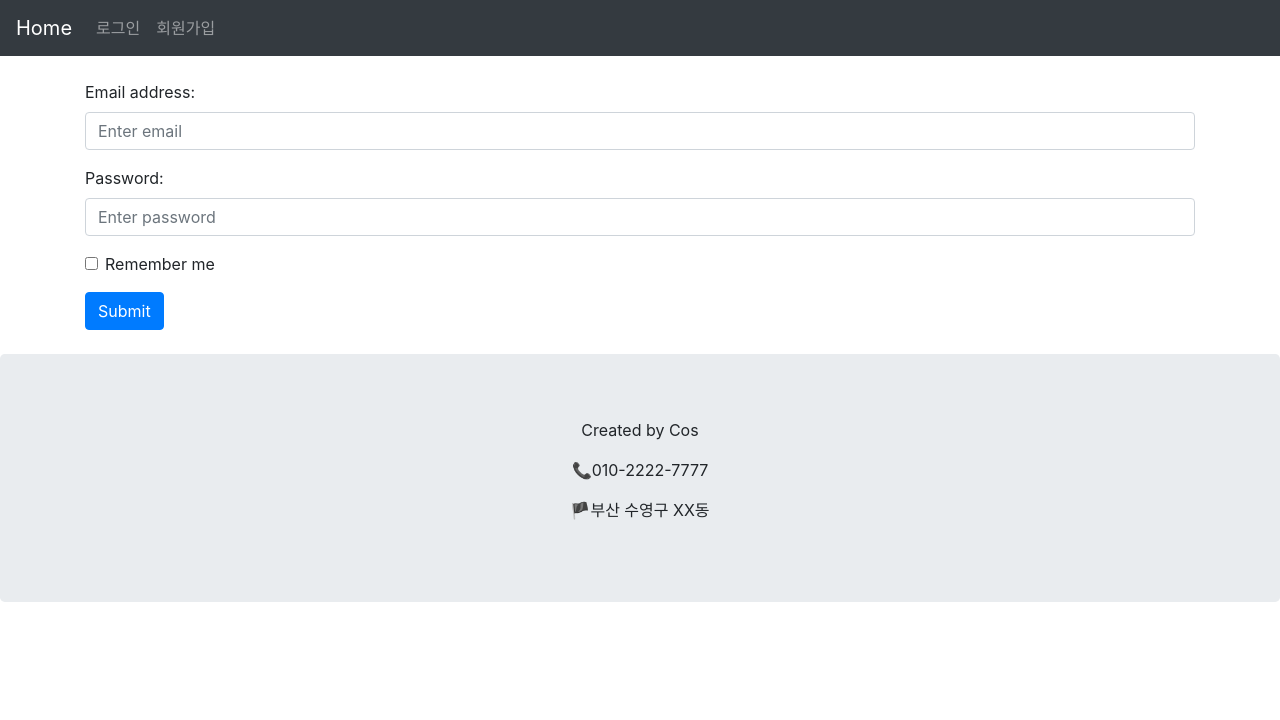
Repository: dngus1683/GameRoom
Page: http://localhost/blog/WEB-INF/views/user/joinForm.jsp
The author's editor kept a copy of each file at every save. The page is drawn from the files as they stood at one save, then again after the next save.
The browser window is 1280 px wide. The pictures show the whole page.
The page is served by Tomcat 9. Nobody is signed in. Other server files are loaded and not shown. The template is opened directly, without the code that normally fills it, so the values that code supplies are empty.

Above is the page before, as saved 2022-06-07 14:22:05.

### project1_GameRoom/Project/backend/조성환/blog/src/main/webapp/WEB-INF/views/user/joinForm.jsp
<%@ page language="java" contentType="text/html; charset=UTF-8" pageEncoding="UTF-8"%>
<!-- ..는 한칸위로 간다 -->
<%@ include file="../layout/header.jsp"%>

<div class="container">

	<form action="/action_page.php">
		<div class="form-group">
			<label for="email">Email address:</label> <input type="email" class="form-control" placeholder="Enter email" id="email">
		</div>
		<div class="form-group">
			<label for="pwd">Password:</label> <input type="password" class="form-control" placeholder="Enter password" id="pwd">
		</div>
		<div class="form-group form-check">
			<label class="form-check-label"> <input class="form-check-input" type="checkbox"> Remember me
			</label>
		</div>
		<button type="submit" class="btn btn-primary">Submit</button>
	</form>

	<%@ include file="../layout/footer.jsp"%>

### project1_GameRoom/Project/backend/조성환/blog/src/main/webapp/WEB-INF/views/layout/header.jsp
<%@ page language="java" contentType="text/html; charset=UTF-8" pageEncoding="UTF-8"%>
<!DOCTYPE html>
<html lang="en">
<head>
<title>Bootstrap Example</title>
<meta charset="utf-8">
<meta name="viewport" content="width=device-width, initial-scale=1">
<link rel="stylesheet" href="https://cdn.jsdelivr.net/npm/bootstrap@4.6.1/dist/css/bootstrap.min.css">

</head>
<body>

	<nav class="navbar navbar-expand-md bg-dark navbar-dark">
		<a class="navbar-brand" href="/blog">Home</a>
		<button class="navbar-toggler" type="button" data-toggle="collapse" data-target="#collapsibleNavbar">
			<span class="navbar-toggler-icon"></span>
		</button>
		<div class="collapse navbar-collapse" id="collapsibleNavbar">
			<ul class="navbar-nav">
				<li class="nav-item"><a class="nav-link" href="/blog/user/loginForm">로그인</a></li>
				<li class="nav-item"><a class="nav-link" href="/blog/user/joinForm">회원가입</a></li>
				<li class="nav-item"></li>
			</ul>
		</div>
	</nav>
	<br/>

### project1_GameRoom/Project/backend/조성환/blog/src/main/webapp/WEB-INF/views/layout/footer.jsp
<%@ page language="java" contentType="text/html; charset=UTF-8" pageEncoding="UTF-8"%>
<br />
</div>
<!-- Footer는 모든 페이지의 맨 아래, 본문 내용 아래에 위치한 영역을 이릅니다 -->
<div class="jumbotron text-center" style="margin-bottom: 0">
	<p>Created by Cos</p>
	<p>📞010-2222-7777</p>
	<p>🏴부산 수영구 XX동</p>
</div>

<!-- script: body 끝에서 가장 가까운 곳에 넣는다.  -->
<script src="https://cdn.jsdelivr.net/npm/jquery@3.6.0/dist/jquery.slim.min.js"></script>
<script src="https://cdn.jsdelivr.net/npm/popper.js@1.16.1/dist/umd/popper.min.js"></script>
<script src="https://cdn.jsdelivr.net/npm/bootstrap@4.6.1/dist/js/bootstrap.bundle.min.js"></script>
</body>
</html>

After the next save:
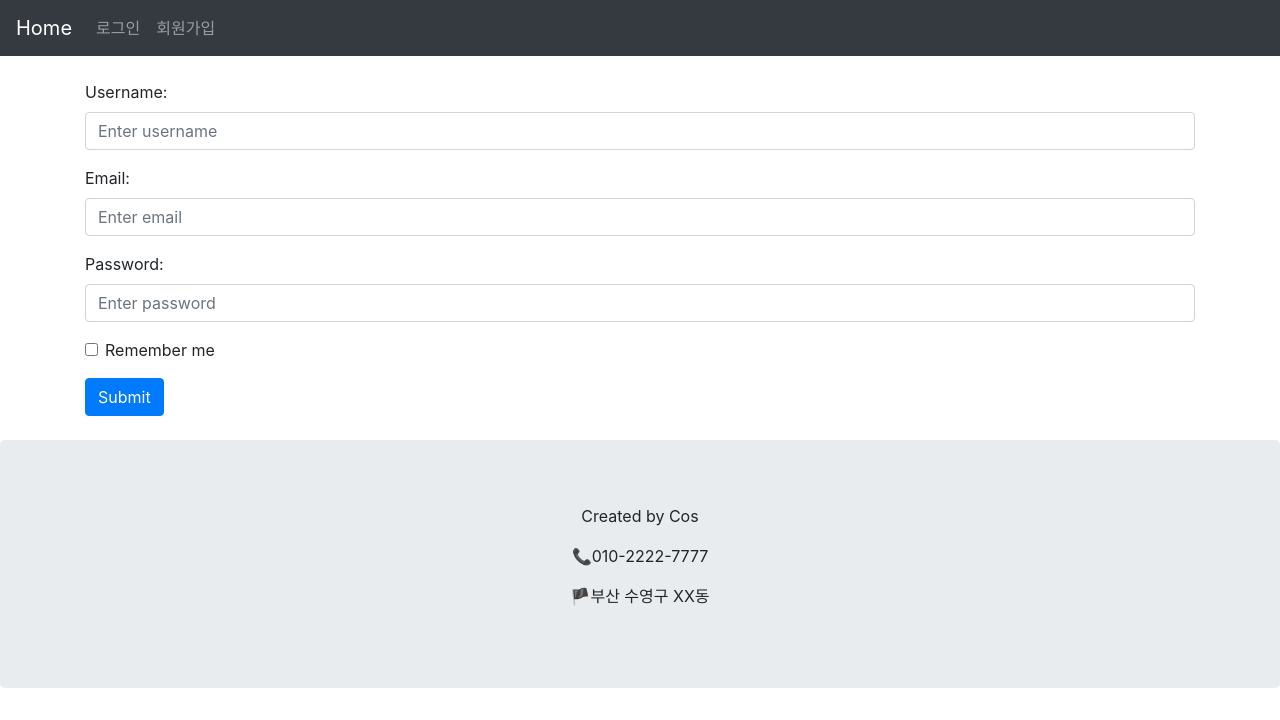
Saved 3 min 5 s later.
--- a/project1_GameRoom/Project/backend/조성환/blog/src/main/webapp/WEB-INF/views/user/joinForm.jsp
+++ b/project1_GameRoom/Project/backend/조성환/blog/src/main/webapp/WEB-INF/views/user/joinForm.jsp
@@ -6,11 +6,18 @@
 
 	<form action="/action_page.php">
 		<div class="form-group">
-			<label for="email">Email address:</label> <input type="email" class="form-control" placeholder="Enter email" id="email">
+			<label for="username">Username:</label> <input type="text" class="form-control" placeholder="Enter username" id="username">
 		</div>
+
 		<div class="form-group">
-			<label for="pwd">Password:</label> <input type="password" class="form-control" placeholder="Enter password" id="pwd">
+			<label for="email">Email:</label> <input type="email" class="form-control" placeholder="Enter email" id="email">
 		</div>
+
+		<div class="form-group">
+			<label for="password">Password:</label> <input type="password" class="form-control" placeholder="Enter password" id="password">
+		</div>
+
+
 		<div class="form-group form-check">
 			<label class="form-check-label"> <input class="form-check-input" type="checkbox"> Remember me
 			</label>
